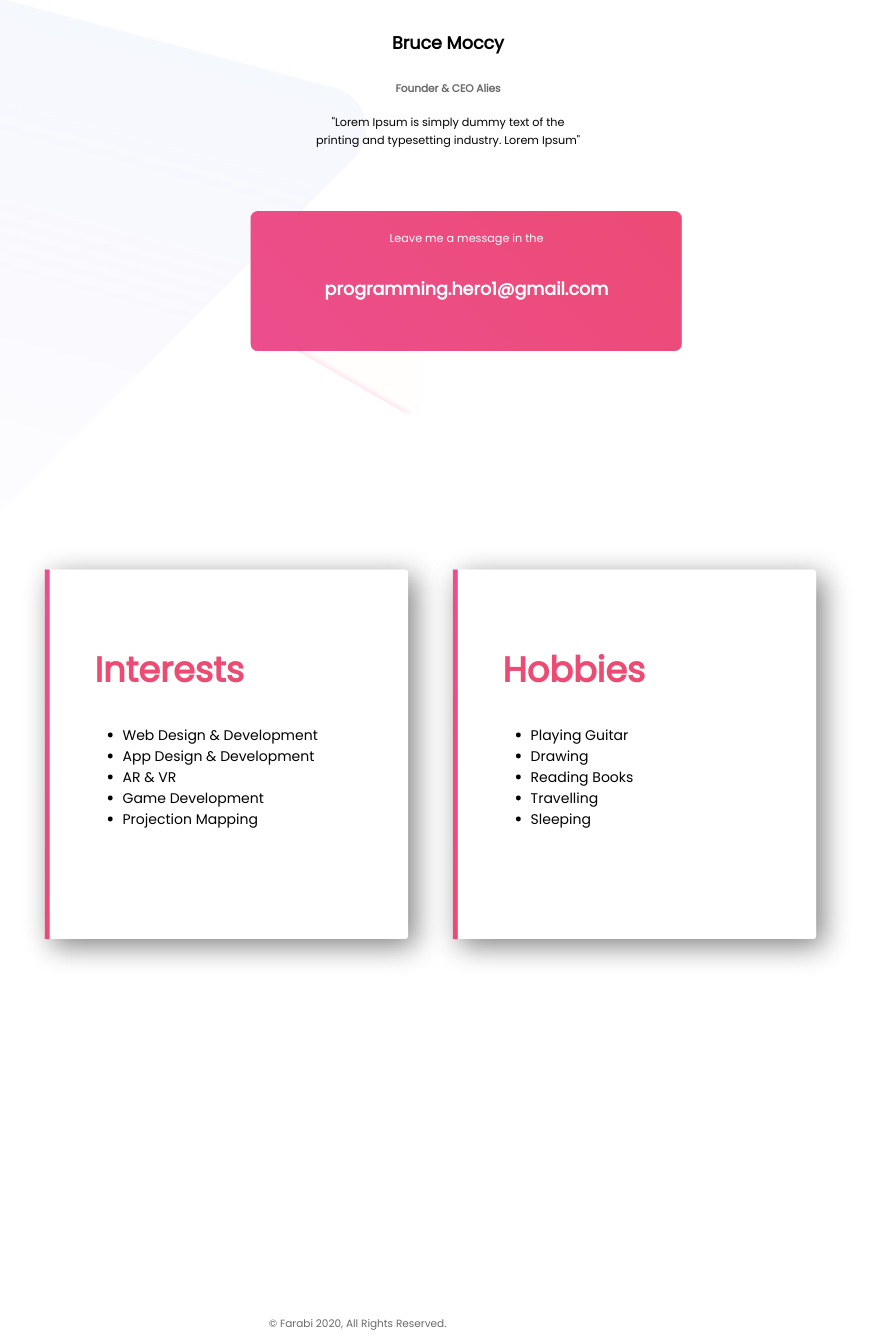
Repository: mohsinfarabi/personal-website
Page: index.html
The author's editor kept a copy of each file at every save. The page is drawn from the files as they stood at one save, then again after the next save.
The browser window is 1280 px wide. The pictures show the part of the page from y = 3461 to 5381 px (the page is 5381 px tall), at 70% of full size.

Above is the page before, as saved 2020-07-01 18:20:34.

### index.html
<!DOCTYPE html>
<html lang="en">

<head>
    <meta charset="UTF-8">
    <meta name="viewport" content="width=device-width, initial-scale=1.0">
    <link href="https://fonts.googleapis.com/css2?family=Poppins" rel="stylesheet">
    <link rel="stylesheet" href="style.css">
    <title>Farabi - Web Developer</title>
</head>

<body>
    <section class="header-banner">
        <div class="half-width half-width-content">
            <h3>Hello I'm</h3>
            <h2>Mohsin Farabi</h2>
            <p>You might saw me jumping, climbing buildings, and stopping trains. But nobody pays me a dime for that work. That's why I am learning and mastering web development. I will not stop until I become the Web Development Hero.</p>
            <a class="link-button" target="_blank" href="https://www.linkedin.com/in/mohsin-farabi-68655040/">HIRE ME</a>
        </div>

        <div class="img-width">
            <img src="images/peter.png" alt="">
        </div>
    </section>
    <section class="biography">
        <div class="half-width">
            <img src="images/peter_dream.png" alt="">
        </div>
        <div class="half-width half-width-content">
            <h3>Biography</h3>
            <p>Lorem ipsum dolor sit amet, consectetur adipiscing elit. Integer vulputate rutrum lacus vitae eleifend. Morbi tempus tincidunt sagittis. Cras ac venenatis augue, a ornare augue. Vivamus tristique lobortis quam, in auctor urna convallis sit
                amet. Vivamus eros mi, eleifend quis consequat ac, porttitor quis ligula. Proin aliquet aliquam nunc, eu egestas felis.</p>
            <a class="link-button" target="_blank" href="https://www.facebook.com/farabi.mohsin">Download CV</a>

        </div>
    </section>
    <section class="latest-work">
        <h3>My Latest Work</h3>
        <div class="showcase-width">
            <img src="images/latest-work/work-1.png" alt="">
        </div>
        <div class="showcase-width">
            <img src="images/latest-work/work-2.jpg" alt="">
        </div>
        <div class="showcase-width">
            <img src="images/latest-work/work-3.jpg" alt="">
        </div>

    </section>
    <section class="bottom-panel">
        <h3>What Client are say</h3>
        <h4>Bruce Moccy</h4>
        <h5>Founder & CEO Alies</h5>
        <p>"Lorem Ipsum is simply dummy text of the <br> printing and typesetting industry. Lorem Ipsum"</p>
        <div class="message-panel">
            <p>Leave me a message in the</p>
            <h5>programming.hero1@gmail.com</h5>
        </div>
    </section>
    <section>
        <div class="interests">
            <div id="interest-on" class="half-width interest-hobbies">
                <h2>Interests</h2>
                <ul>
                    <li>Web Design & Development</li>
                    <li>App Design & Development</li>
                    <li>AR & VR</li>
                    <li>Game Development</li>
                    <li>Projection Mapping</li>
                </ul>
            </div>
            <div id="hobbies" class="half-width interest-hobbies">
                <h2>Hobbies</h2>
                <ul>
                    <li>Playing Guitar</li>
                    <li>Drawing</li>
                    <li>Reading Books</li>
                    <li>Travelling</li>
                    <li>Sleeping</li>
                </ul>
            </div>

        </div>
    </section>
    <footer>
        <p>© Farabi 2020, All Rights Reserved.</p>
    </footer>



</body>

</html>

### style.css
body {
    margin: 0;
    padding: 0;
    height: 100%;
    font-family: 'Poppins', sans-serif;
}

h2 {
    font-size: 50px;
    color: #ec4b74;
    font-weight: 700;
}

h3 {
    font-size: 30px;
}

p {
    color: dimgray;
    margin-bottom: 7%;
}

.half-width {
    width: 30%;
    float: left;
    margin-left: 5%;
    padding: 5%;
}

.half-width-content {
    padding-top: 15%;
    margin-left: 10%;
}

.half-width img {
    width: 100%;
    height: 100%;
    padding-left: 20%;
}

.img-width {
    width: 35%;
    float: left;
    margin-left: 2%;
    margin-top: 10%;
    padding-left: 0;
}

.img-width img {
    width: 100%;
    height: 100%;
}

.showcase-width {
    width: 25%;
    float: left;
    margin-left: 2%;
    padding-left: 5%;
    padding-top: 7%;
}

.showcase-width img {
    width: 100%;
    height: 100%;
}

.latest-work h3 {
    text-align: center;
    padding-top: 10%;
}

.bottom-panel h3 {
    text-align: center;
    padding-top: 10%;
    font-size: 45px;
}

.bottom-panel h4 {
    text-align: center;
    padding-top: 3%;
    font-size: 25px;
}

.bottom-panel h5 {
    text-align: center;
    color: dimgray;
    font-size: 15px;
}

.bottom-panel p {
    text-align: center;
    color: black;
}

section {
    height: 900px;
    padding-bottom: 150px;
}

.link-button {
    text-decoration: none;
    background-image: linear-gradient(45deg, #ec4e8d, #ec4b74);
    padding: 10px 20px;
    border-radius: 5px;
    color: white;
    font-weight: 400;
}

.header-banner {
    background-image: url("images/header-bg.png");
    background-repeat: no-repeat;
}

.biography {
    background-image: url("images/biography-bg.png");
    background-repeat: no-repeat;
}

.latest-work {
    background-image: url("images/latest-work-bg.png");
    background-repeat: no-repeat;
}

.bottom-panel {
    background-image: url("images/footer-bg.png");
    background-repeat: no-repeat;
}

.message-panel {
    margin-left: 28%;
    width: 45%;
    height: 20%;
    background-image: linear-gradient(45deg, #ec4e8d, #ec4b74);
    padding: 10px 20px;
    border-radius: 10px;
    text-align: center;
}

.message-panel p {
    color: white;
}

.message-panel h5 {
    color: white;
    font-size: 25px;
    padding-bottom: 10%;
}

footer {
    position: absolute;
    padding-left: 30%;
}

footer p {
    text-align: center;
    font-size: 15px;
}

.interests {
    background-color: white;
    height: 500px;
}

#interest-on {
    border-left: 7px solid;
    border-image: linear-gradient(180deg, #ec4e8d, #ec4b74);
    border-image-slice: 1;
}

#hobbies {
    border-left: 7px solid;
    border-image: linear-gradient(180deg, #ec4e8d, #ec4b74);
    border-image-slice: 1;
}

.interest-hobbies {
    box-shadow: 10px 10px 40px gray;
    border-radius: 5px;
    height: 80%;
    background-color: white;
}

.interests li {
    font-size: 20px;
}

After the next save:
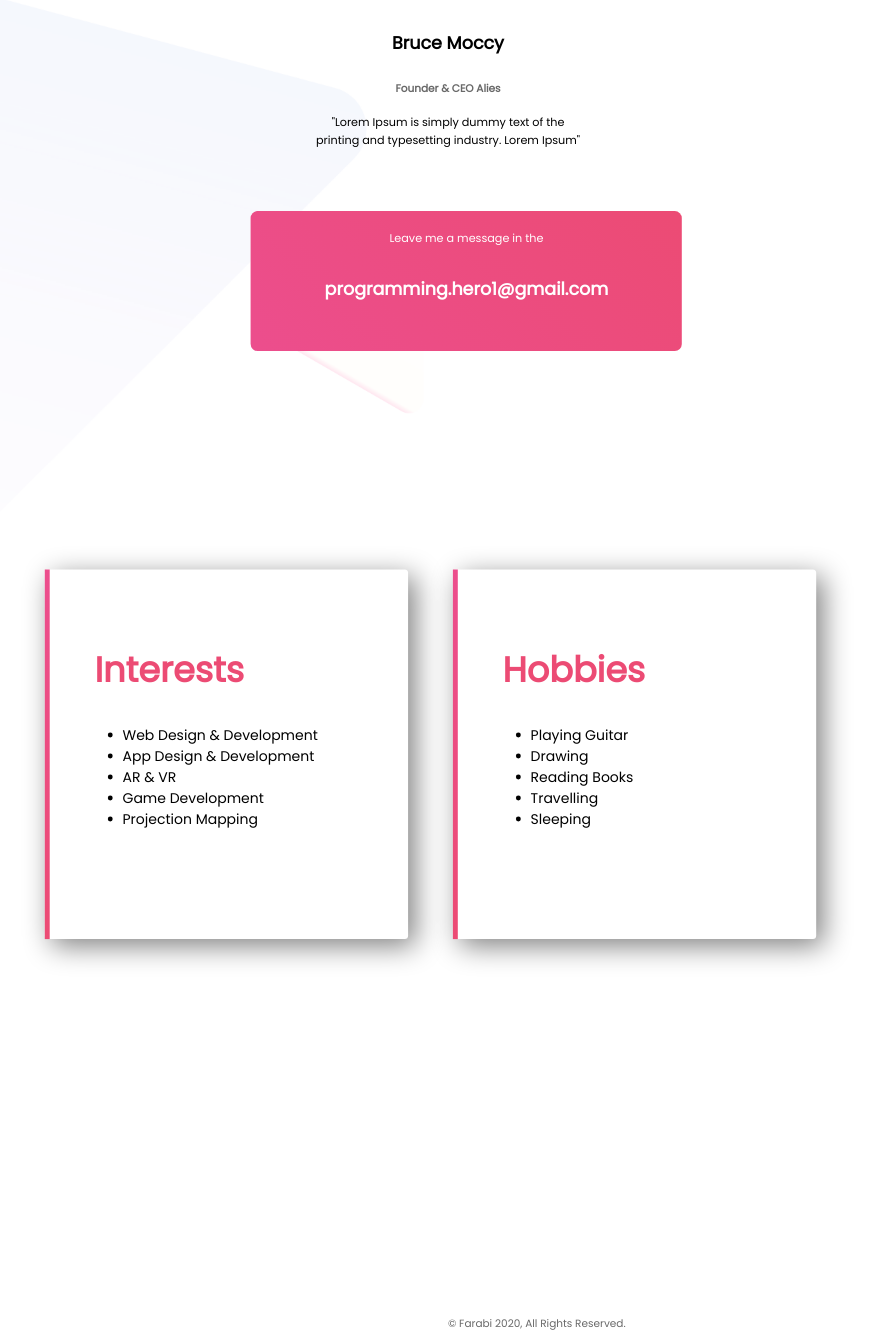
Saved 8 s later.
--- a/style.css
+++ b/style.css
@@ -148,7 +148,7 @@ section {
 
 footer {
     position: absolute;
-    padding-left: 30%;
+    padding-left: 50%;
 }
 
 footer p {
